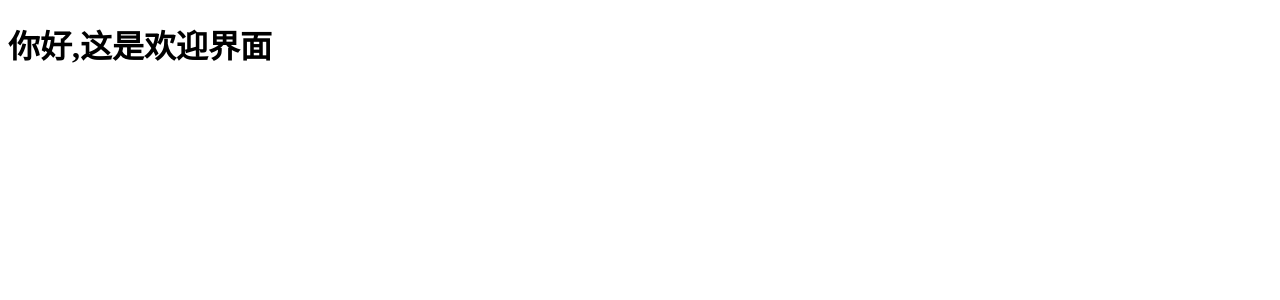
Repository: jionjion/JAVA_WorkSpace
Page: http://localhost/ServletClient/
An editor plug-in stored every save of this project. The page is shown before and after the next save, followed by the edit.
The browser window is 1280 px wide. The pictures show the whole page.
The page is served by Tomcat 9. Other server files are loaded and not shown.

Above is the page before, as saved 2017-07-09 12:51:03.

### ServletClient/WebContent/index.jsp
<%@ page language="java" contentType="text/html; charset=UTF-8"
    pageEncoding="UTF-8"%>
<!DOCTYPE html PUBLIC "-//W3C//DTD HTML 4.01 Transitional//EN" "http://www.w3.org/TR/html4/loose.dtd">
<html>
<head>
<meta http-equiv="Content-Type" content="text/html; charset=UTF-8">
<title>Insert title here</title>
</head>
<body>
	<h1 style="text-align: content: ;">你好,这是欢迎界面</h1>
</body>
</html>

After the next save:
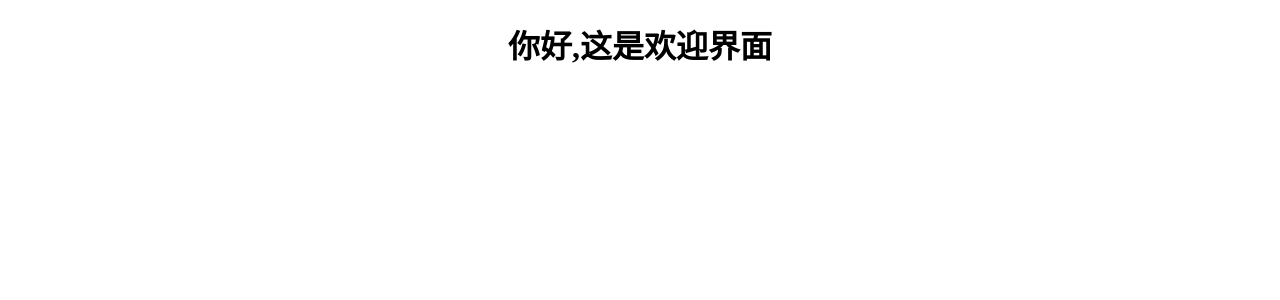
Saved 21 s later.
--- a/ServletClient/WebContent/index.jsp
+++ b/ServletClient/WebContent/index.jsp
@@ -7,6 +7,7 @@
 <title>Insert title here</title>
 </head>
 <body>
-	<h1 style="text-align: content: ;">你好,这是欢迎界面</h1>
+	<h1 style="text-align: center;">你好,这是欢迎界面</h1>
+	<p></p>
 </body>
 </html>
